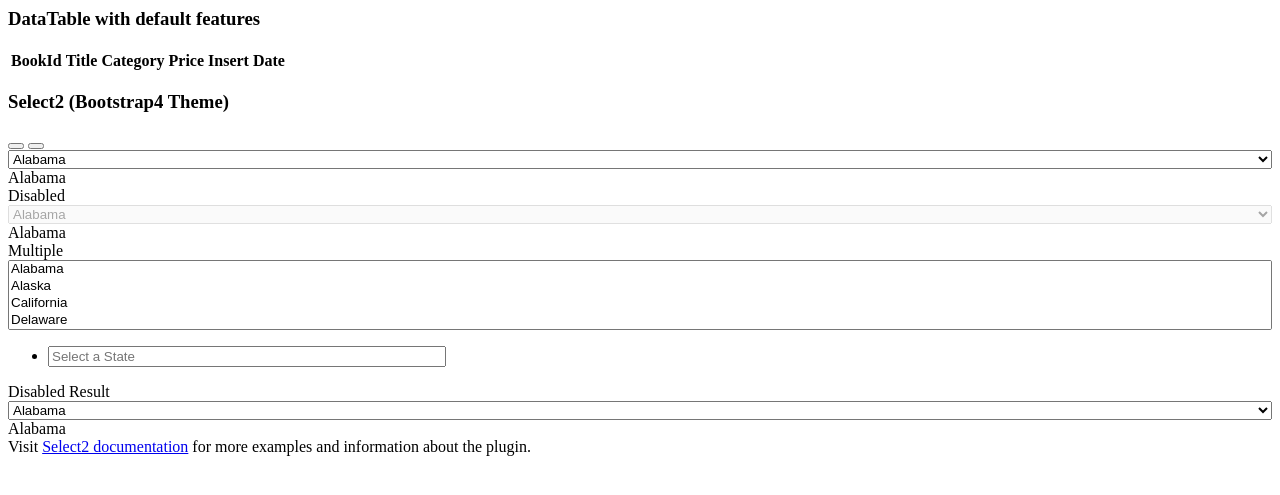
Repository: Dongmin09/EgvoProject
Page: http://localhost/egvoProject/WEB-INF/views/book/detail.jsp
The author's editor kept a copy of each file at every save. The page is drawn from the files as they stood at one save, then again after the next save.
The browser window is 1280 px wide. The pictures show the whole page.
The page is served by Tomcat 9. Nobody is signed in. Other server files are loaded and not shown. The template is opened directly, without the code that normally fills it, so the values that code supplies are empty.

Above is the page before, as saved 2022-11-14 00:44:16.

### egvoProject/src/main/webapp/WEB-INF/views/book/detail.jsp
<%@ page language="java" contentType="text/html; charset=UTF-8"%>
<%@ taglib prefix="c" uri="http://java.sun.com/jsp/jstl/core" %>
<%@ page language="java" contentType="text/html; charset=UTF-8"%>
<%@ taglib prefix="c" uri="http://java.sun.com/jsp/jstl/core"%>
<div class="card">
   <div class="card-header">
      <h3 class="card-title">DataTable with default features</h3>
   </div>
   <div class="card-body">
      <div id="example1_wrapper" class="dataTables_wrapper dt-bootstrap4">
         <div class="row">
            <div class="col-sm-12">
               <table id="example1"
                  class="table table-bordered table-striped dataTable dtr-inline"
                  aria-describedby="example1_info">
                  <thead>
                     <tr>
                        <th class="sorting" tabindex="0" aria-controls="example1"
                           rowspan="1" colspan="1"
                           aria-label="BookId: activate to sort column ascending">BookId</th>
                        <th class="sorting sorting_asc" tabindex="0"
                           aria-controls="example1" rowspan="1" colspan="1"
                           aria-label="Title: activate to sort column descending"
                           aria-sort="ascending">Title</th>
                        <th class="sorting" tabindex="0" aria-controls="example1"
                           rowspan="1" colspan="1"
                           aria-label="Category: activate to sort column ascending">Category</th>
                        <th class="sorting" tabindex="0" aria-controls="example1"
                           rowspan="1" colspan="1"
                           aria-label="Price: activate to sort column ascending">Price</th>
                        <th class="sorting" tabindex="0" aria-controls="example1"
                           rowspan="1" colspan="1"
                           aria-label="Insert Date: activate to sort column ascending">Insert Date</th>
                     </tr>
                  </thead>
                  <tbody>

                     <c:forEach var="bookVO" items="${bookVOList}" varStatus="stat">
                        <c:if test="${stat.count%2!=0}"><tr class="odd"></c:if>
                        <c:if test="${stat.count%2==0}"><tr class="even"></c:if>
                        <tr class="odd">
                           <td class="dtr-control">${bookVO.bookId}</td>
                           <td>${bookVO.title}</td>
                           <td>${bookVO.category}</td>
                           <td>${bookVO.price}</td>
                           <td>${bookVO.insertDate}</td>
                        </tr>
                     </c:forEach>
                  </tbody>
               </table>
            </div>
         </div>
         </div>
         </div>
      </div>
   </div>


<!-- ///////////////////////////////////////////  -->
<div class="card card-default">
	<div class="card-header">
		<h3 class="card-title">Select2 (Bootstrap4 Theme)</h3>
		<div class="card-tools">
			<button type="button" class="btn btn-tool"
				data-card-widget="collapse">
				<i class="fas fa-minus"></i>
			</button>
			<button type="button" class="btn btn-tool" data-card-widget="remove">
				<i class="fas fa-times"></i>
			</button>
		</div>
	</div>

	<div class="card-body">
		<div class="row">
			<div class="col-md-6">
				<div class="form-group">
					<label>${bookVO.bookId}</label> <select
						class="form-control select2bs4 select2-hidden-accessible"
						style="width: 100%;" data-select2-id="17" tabindex="-1"
						aria-hidden="true">
						<option selected="selected" data-select2-id="19">Alabama</option>
						<option>Alaska</option>
						<option>California</option>
						<option>Delaware</option>
						<option>Tennessee</option>
						<option>Texas</option>
						<option>Washington</option>
					</select><span
						class="select2 select2-container select2-container--bootstrap4"
						dir="ltr" data-select2-id="18" style="width: 100%;"><span
						class="selection"><span
							class="select2-selection select2-selection--single"
							role="combobox" aria-haspopup="true" aria-expanded="false"
							tabindex="0" aria-disabled="false"
							aria-labelledby="select2-r621-container"><span
								class="select2-selection__rendered" id="select2-r621-container"
								role="textbox" aria-readonly="true" title="Alabama">Alabama</span><span
								class="select2-selection__arrow" role="presentation"><b
									role="presentation"></b></span></span></span><span class="dropdown-wrapper"
						aria-hidden="true"></span></span>
				</div>

				<div class="form-group">
					<label>Disabled</label> <select
						class="form-control select2bs4 select2-hidden-accessible"
						disabled="" style="width: 100%;" data-select2-id="20"
						tabindex="-1" aria-hidden="true">
						<option selected="selected" data-select2-id="22">Alabama</option>
						<option>Alaska</option>
						<option>California</option>
						<option>Delaware</option>
						<option>Tennessee</option>
						<option>Texas</option>
						<option>Washington</option>
					</select><span
						class="select2 select2-container select2-container--bootstrap4 select2-container--disabled"
						dir="ltr" data-select2-id="21" style="width: 100%;"><span
						class="selection"><span
							class="select2-selection select2-selection--single"
							role="combobox" aria-haspopup="true" aria-expanded="false"
							tabindex="-1" aria-disabled="true"
							aria-labelledby="select2-twjp-container"><span
								class="select2-selection__rendered" id="select2-twjp-container"
								role="textbox" aria-readonly="true" title="Alabama">Alabama</span><span
								class="select2-selection__arrow" role="presentation"><b
									role="presentation"></b></span></span></span><span class="dropdown-wrapper"
						aria-hidden="true"></span></span>
				</div>

			</div>

			<div class="col-md-6">
				<div class="form-group">
					<label>Multiple</label> <select
						class="select2bs4 select2-hidden-accessible" multiple=""
						data-placeholder="Select a State" style="width: 100%;"
						data-select2-id="23" tabindex="-1" aria-hidden="true">
						<option>Alabama</option>
						<option>Alaska</option>
						<option>California</option>
						<option>Delaware</option>
						<option>Tennessee</option>
						<option>Texas</option>
						<option>Washington</option>
					</select><span
						class="select2 select2-container select2-container--bootstrap4"
						dir="ltr" data-select2-id="24" style="width: 100%;"><span
						class="selection"><span
							class="select2-selection select2-selection--multiple"
							role="combobox" aria-haspopup="true" aria-expanded="false"
							tabindex="-1" aria-disabled="false"><ul
									class="select2-selection__rendered">
									<li class="select2-search select2-search--inline"><input
										class="select2-search__field" type="search" tabindex="0"
										autocomplete="off" autocorrect="off" autocapitalize="none"
										spellcheck="false" role="searchbox" aria-autocomplete="list"
										placeholder="Select a State" style="width: 398.137px;"></li>
								</ul></span></span><span class="dropdown-wrapper" aria-hidden="true"></span></span>
				</div>

				<div class="form-group">
					<label>Disabled Result</label> <select
						class="form-control select2bs4 select2-hidden-accessible"
						style="width: 100%;" data-select2-id="25" tabindex="-1"
						aria-hidden="true">
						<option selected="selected" data-select2-id="27">Alabama</option>
						<option>Alaska</option>
						<option disabled="disabled">California (disabled)</option>
						<option>Delaware</option>
						<option>Tennessee</option>
						<option>Texas</option>
						<option>Washington</option>
					</select><span
						class="select2 select2-container select2-container--bootstrap4"
						dir="ltr" data-select2-id="26" style="width: 100%;"><span
						class="selection"><span
							class="select2-selection select2-selection--single"
							role="combobox" aria-haspopup="true" aria-expanded="false"
							tabindex="0" aria-disabled="false"
							aria-labelledby="select2-qlzs-container"><span
								class="select2-selection__rendered" id="select2-qlzs-container"
								role="textbox" aria-readonly="true" title="Alabama">Alabama</span><span
								class="select2-selection__arrow" role="presentation"><b
									role="presentation"></b></span></span></span><span class="dropdown-wrapper"
						aria-hidden="true"></span></span>
				</div>

			</div>

		</div>

	</div>

	<div class="card-footer">
		Visit <a href="https://select2.github.io/">Select2 documentation</a>
		for more examples and information about the plugin.
	</div>
</div>

After the next save:
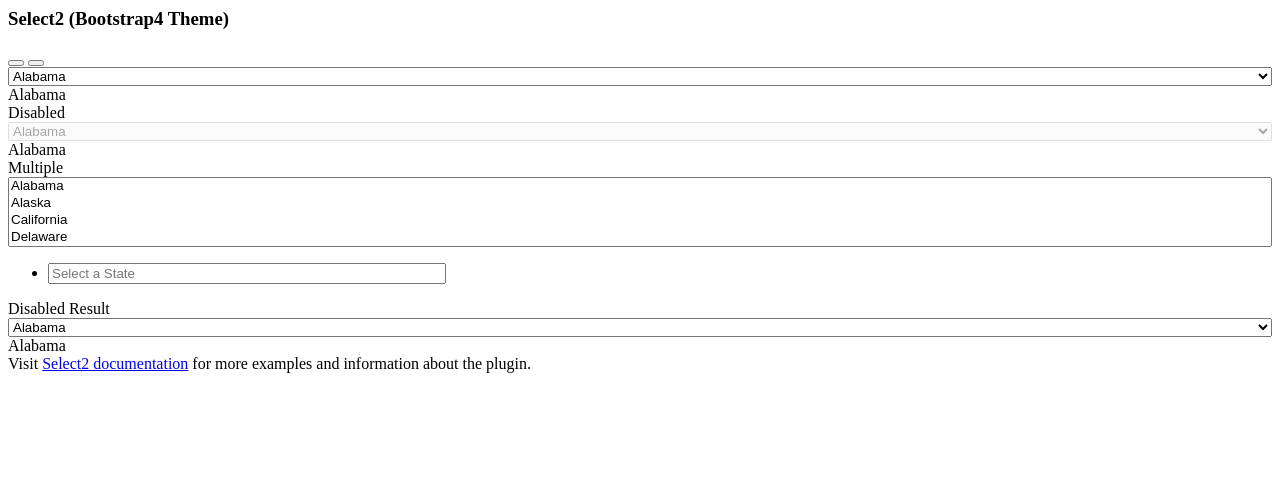
Saved 2 min 0 s later.
--- a/egvoProject/src/main/webapp/WEB-INF/views/book/detail.jsp
+++ b/egvoProject/src/main/webapp/WEB-INF/views/book/detail.jsp
@@ -2,7 +2,7 @@
 <%@ taglib prefix="c" uri="http://java.sun.com/jsp/jstl/core" %>
 <%@ page language="java" contentType="text/html; charset=UTF-8"%>
 <%@ taglib prefix="c" uri="http://java.sun.com/jsp/jstl/core"%>
-<div class="card">
+<%-- <div class="card">
    <div class="card-header">
       <h3 class="card-title">DataTable with default features</h3>
    </div>
@@ -53,7 +53,7 @@
          </div>
          </div>
       </div>
-   </div>
+   </div> --%>
 
 
 <!-- ///////////////////////////////////////////  -->

After the save that followed:
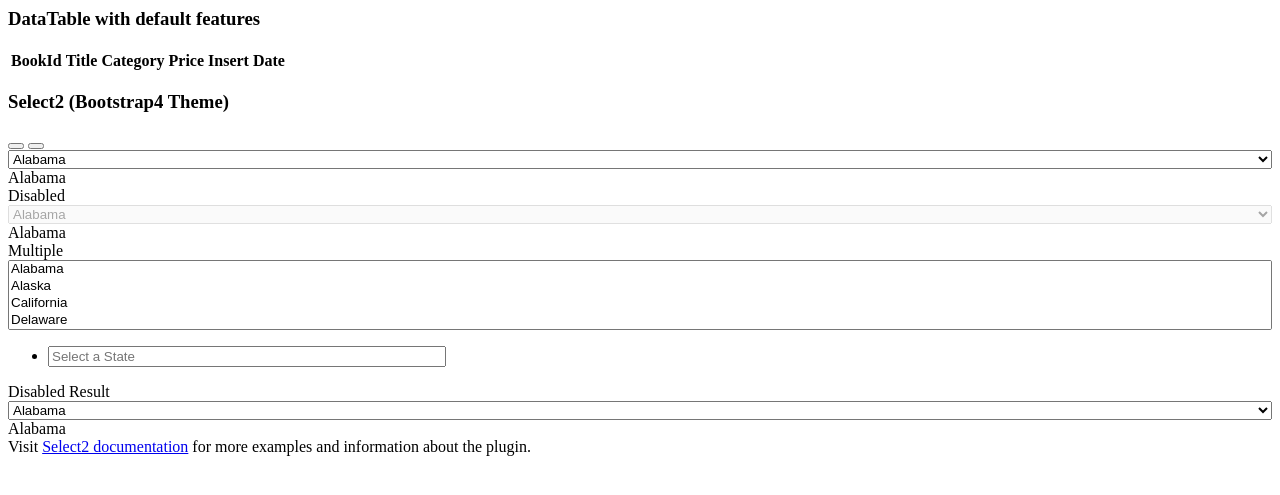
Saved 3 min 5 s later.
--- a/egvoProject/src/main/webapp/WEB-INF/views/book/detail.jsp
+++ b/egvoProject/src/main/webapp/WEB-INF/views/book/detail.jsp
@@ -2,7 +2,7 @@
 <%@ taglib prefix="c" uri="http://java.sun.com/jsp/jstl/core" %>
 <%@ page language="java" contentType="text/html; charset=UTF-8"%>
 <%@ taglib prefix="c" uri="http://java.sun.com/jsp/jstl/core"%>
-<%-- <div class="card">
+<div class="card">
    <div class="card-header">
       <h3 class="card-title">DataTable with default features</h3>
    </div>
@@ -53,7 +53,7 @@
          </div>
          </div>
       </div>
-   </div> --%>
+   </div>
 
 
 <!-- ///////////////////////////////////////////  -->
